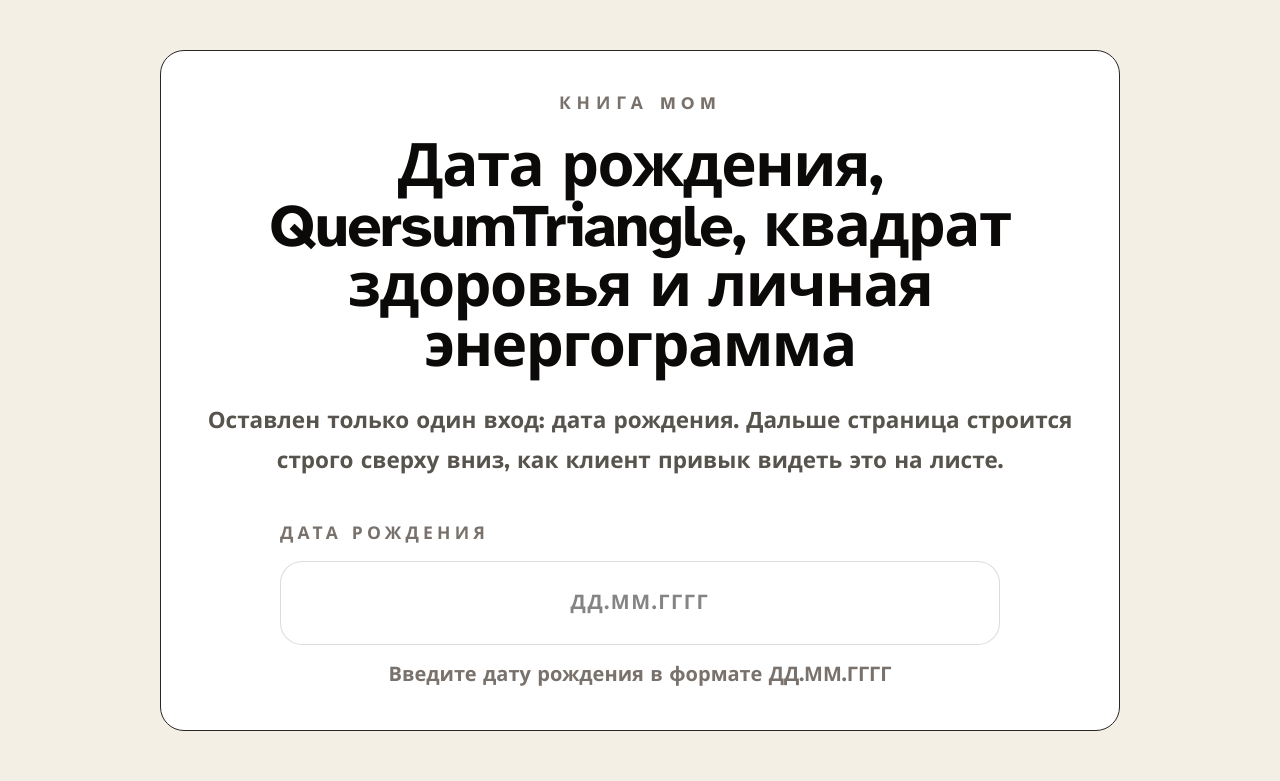
Repository: kirill-dorkin/mom3
Page: /
An editor plug-in stored every save of this project. The page is shown before and after a run of saves, followed by the edit.
The browser window is 1280 px wide. The pictures show the whole page.
The project was rebuilt for these pictures with package versions that can differ from the ones it lists, and the page was loaded fresh each time. Also part of the build but not shown: vite.config.ts, src/web/components/BirthHealthSquare.tsx, src/web/components/BookPersonalEnergogram.tsx, src/web/components/QuersumTriangle.tsx.

Above is the page before, as saved 2026-03-04 21:56:31.

After the next 2 saves:
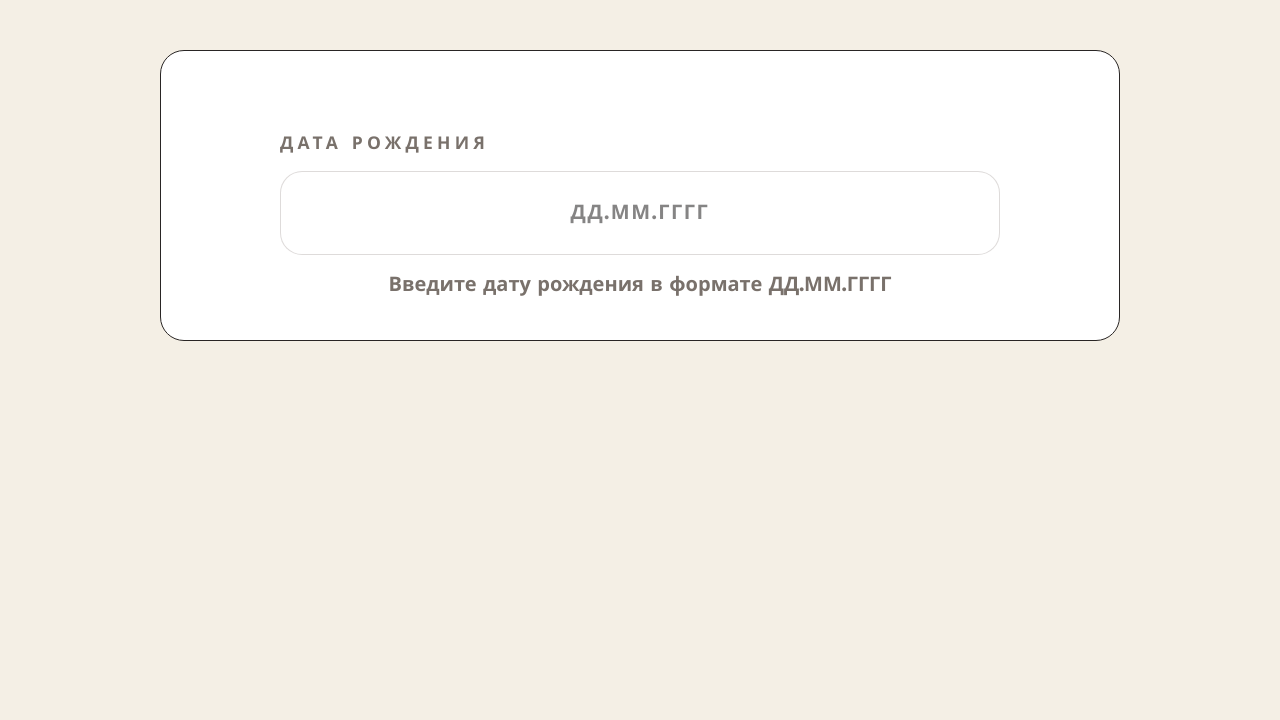
The 2 saves are shown as one change because they came seconds apart.
The last was saved 16 min 44 s later.
--- a/src/web/FocusedBookPage.tsx
+++ b/src/web/FocusedBookPage.tsx
@@ -137,15 +137,6 @@ export function FocusedBookPage() {
     <div className="min-h-screen bg-[#f4efe5] text-stone-950">
       <main className="mx-auto flex w-full max-w-[92rem] flex-col items-center gap-8 px-4 py-6 sm:px-6 lg:px-8 lg:py-10">
         <section className="w-full max-w-3xl rounded-[1.2rem] border-[1.5px] border-stone-800 bg-white px-5 py-8 text-center sm:px-8">
-          <p className="text-sm font-bold uppercase tracking-[0.34em] text-stone-500">Книга MOM</p>
-          <h1 className="mt-4 text-4xl font-bold tracking-tight text-stone-950 sm:text-5xl">
-            Дата рождения, QuersumTriangle, квадрат здоровья и личная энергограмма
-          </h1>
-          <p className="mx-auto mt-5 max-w-3xl text-lg font-semibold leading-8 text-stone-600">
-            Оставлен только один вход: дата рождения. Дальше страница строится строго сверху вниз, как клиент привык видеть это на
-            листе.
-          </p>
-
           <div className="mx-auto mt-8 flex max-w-xl flex-col items-center gap-3">
             <label className="w-full text-left text-sm font-bold uppercase tracking-[0.24em] text-stone-500" htmlFor="birth-date">
               Дата рождения
